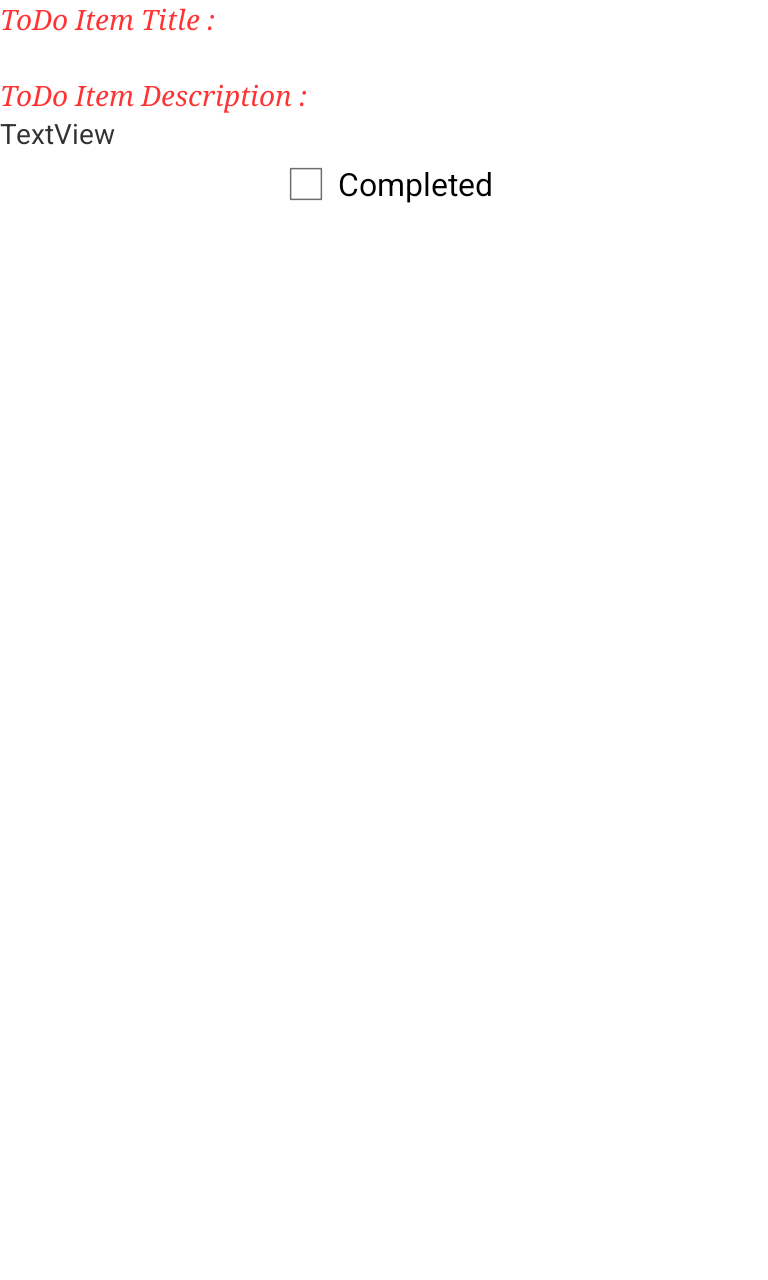
Repository: bvrit-vineeth/android-projects
Layout: TODOListApp/res/layout/activity_todo_list_description.xml
These files come from the project's save history. The layout is drawn as it stood at one moment and after the next save; the edit follows.
It is drawn on a 768 x 1280 px phone screen (xhdpi) without system bars, with theme AppTheme; the app's code is not run.

Above is the layout before, as saved 2013-08-24 16:13:02.

After the next save:
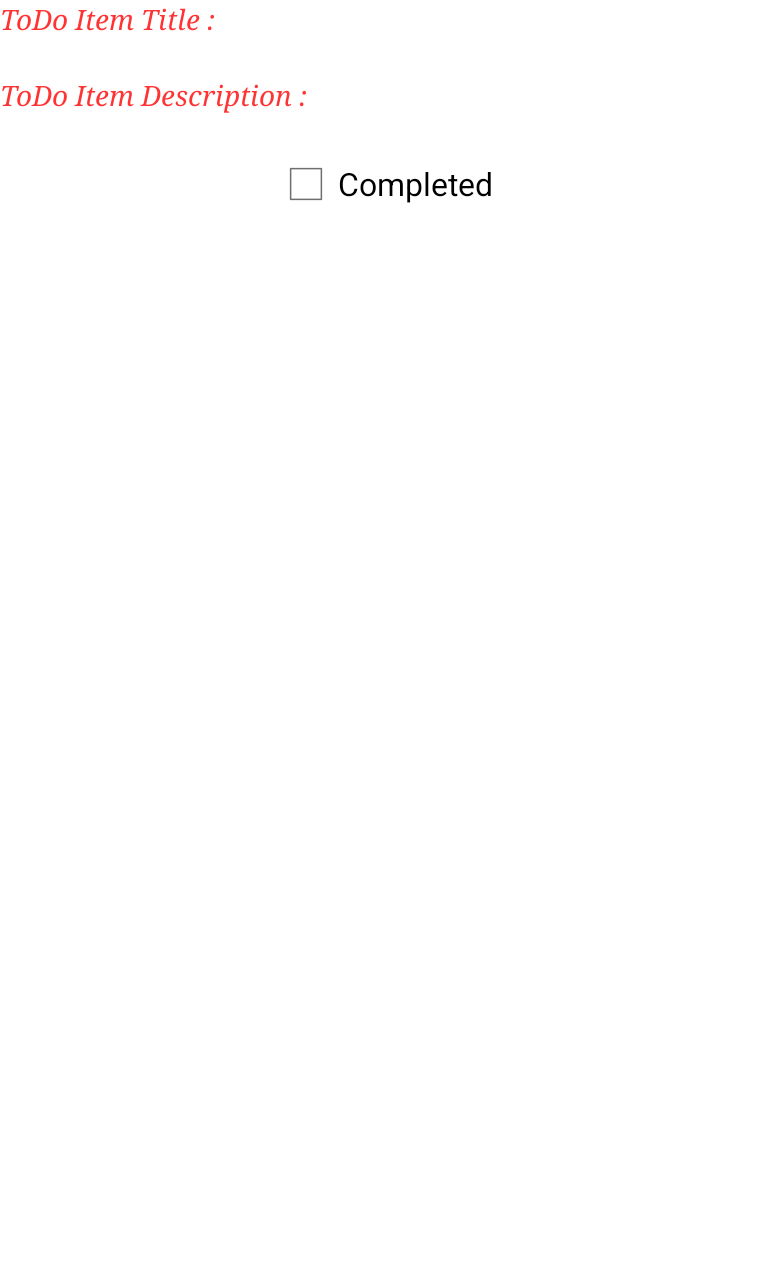
Saved 18 s later.
--- a/TODOListApp/res/layout/activity_todo_list_description.xml
+++ b/TODOListApp/res/layout/activity_todo_list_description.xml
@@ -28,13 +28,12 @@
 <TextView
 	android:id="@+id/description_text"
 	android:layout_width="fill_parent"
-	android:layout_height="wrap_content"
-	android:text="TextView" />
+	android:layout_height="wrap_content" />
 <CheckBox
 	android:id="@+id/widget42"
 	android:layout_width="wrap_content"
 	android:layout_height="wrap_content"
-	android:text="Completed"
+	android:text="@string/checkbox_field_data"
 	android:layout_gravity="center_horizontal"
 	android:onClick="checkBoxClick" />
 </LinearLayout>
